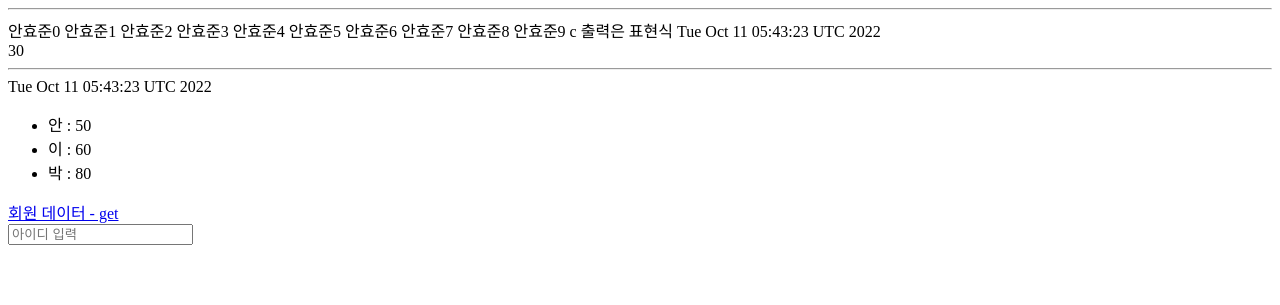
Repository: HyoJun-A/jsp
Page: http://localhost/practice01/
An editor plug-in stored every save of this project. The page is shown before and after the next save, followed by the edit.
The browser window is 1280 px wide. The pictures show the whole page.
The page is served by Tomcat 9.

Above is the page before, as saved 2022-10-11 06:46:09.

After the next save:
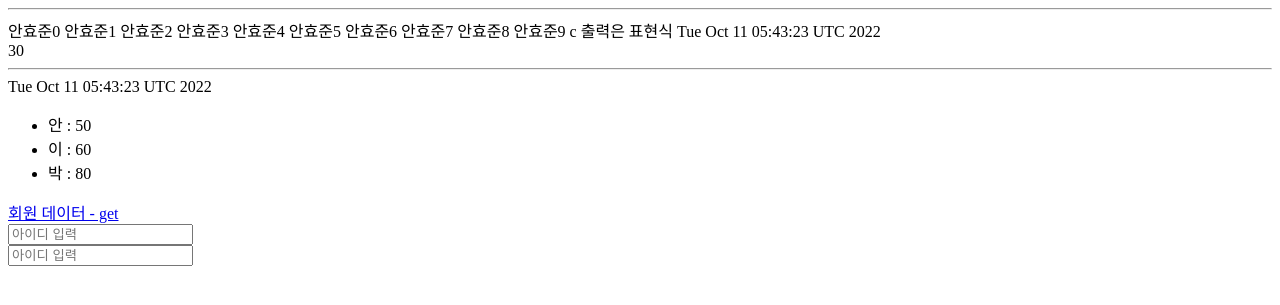
Saved 38 s later.
--- a/practice01/WebContent/index.jsp
+++ b/practice01/WebContent/index.jsp
@@ -53,6 +53,7 @@
 	<a href="test01.jsp?id=ahj&pw=1234&name=안효준">회원 데이터 - get</a>
 	<form action="test02.jsp" name="login_from">
 		<input name="id" id="id" placeholder="아이디 입력"><br>
+		<input type="password" name="pw" id="pw" placeholder="아이디 입력"><br>
 	</form>
 	<div id="msg">
 		<%
